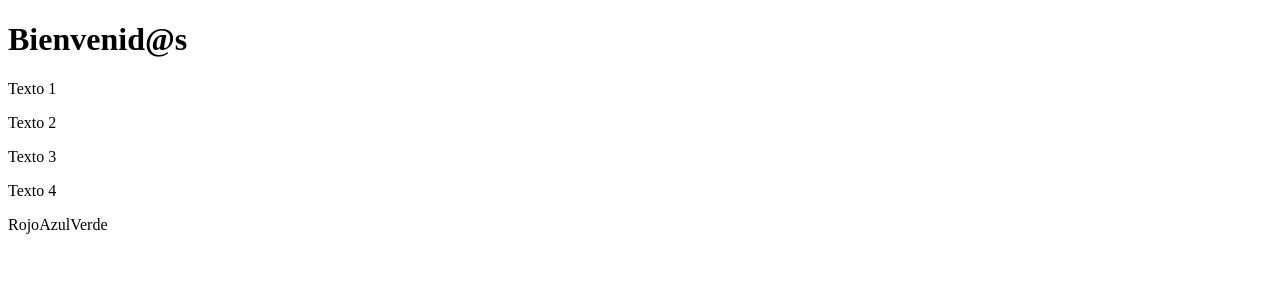
Repository: MiguelonDev/CursoIonic
Page: EclipseWorkSpace/JqueryCompleto/EjemploConJQuery.html
An editor plug-in stored every save of this project. The page is shown before and after the next save, followed by the edit.
The browser window is 1280 px wide. The pictures show the whole page.

Above is the page before, as saved 2018-09-26 15:40:26.

### EclipseWorkSpace/JqueryCompleto/EjemploConJQuery.html
<!DOCTYPE html>
<html>
<head>
<meta charset="UTF-8">
<title>Miguel Aguirre Varela</title>
<script>
function init(){
	var oculto = document.querySelectorAll('#contenedor p');
	for (var i = 0; i<= oculto.lenght; i++){
		oculto[i].style.visibility= 'hidden';
	}
}
</script>
</head>
<body>

<header><h1>Bienvenid@s</h1></header>
<div id="contenedor">
	<p>Texto 1</p>
	<p>Texto 2</p>
	<p>Texto 3</p>
	<p>Texto 4</p>
</div>
<label onclick="cambiaColor('red')">Rojo</label><label onclick="cambiaColor('blue')">Azul</label><label onclick="cambiaColor('green')">Verde</label>
</body>
</html>

After the next save:
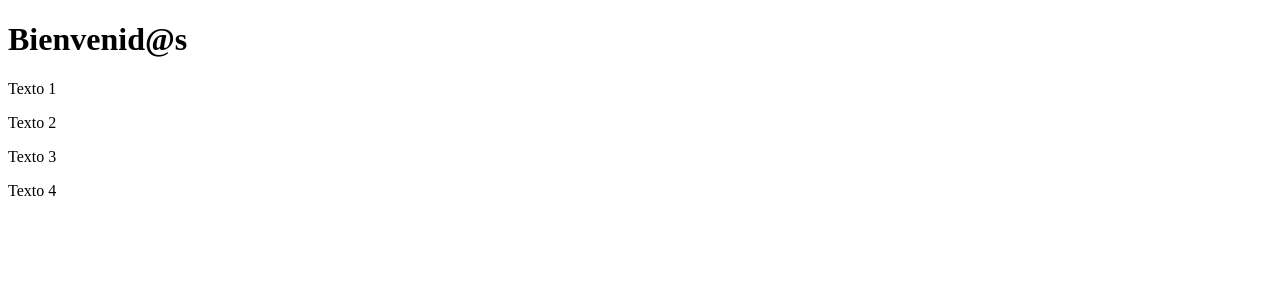
Saved 2 min 38 s later.
--- a/EclipseWorkSpace/JqueryCompleto/EjemploConJQuery.html
+++ b/EclipseWorkSpace/JqueryCompleto/EjemploConJQuery.html
@@ -12,7 +12,7 @@ function init(){
 }
 </script>
 </head>
-<body>
+<body onLoad="init()">
 
 <header><h1>Bienvenid@s</h1></header>
 <div id="contenedor">
@@ -21,6 +21,5 @@ function init(){
 	<p>Texto 3</p>
 	<p>Texto 4</p>
 </div>
-<label onclick="cambiaColor('red')">Rojo</label><label onclick="cambiaColor('blue')">Azul</label><label onclick="cambiaColor('green')">Verde</label>
 </body>
 </html>
